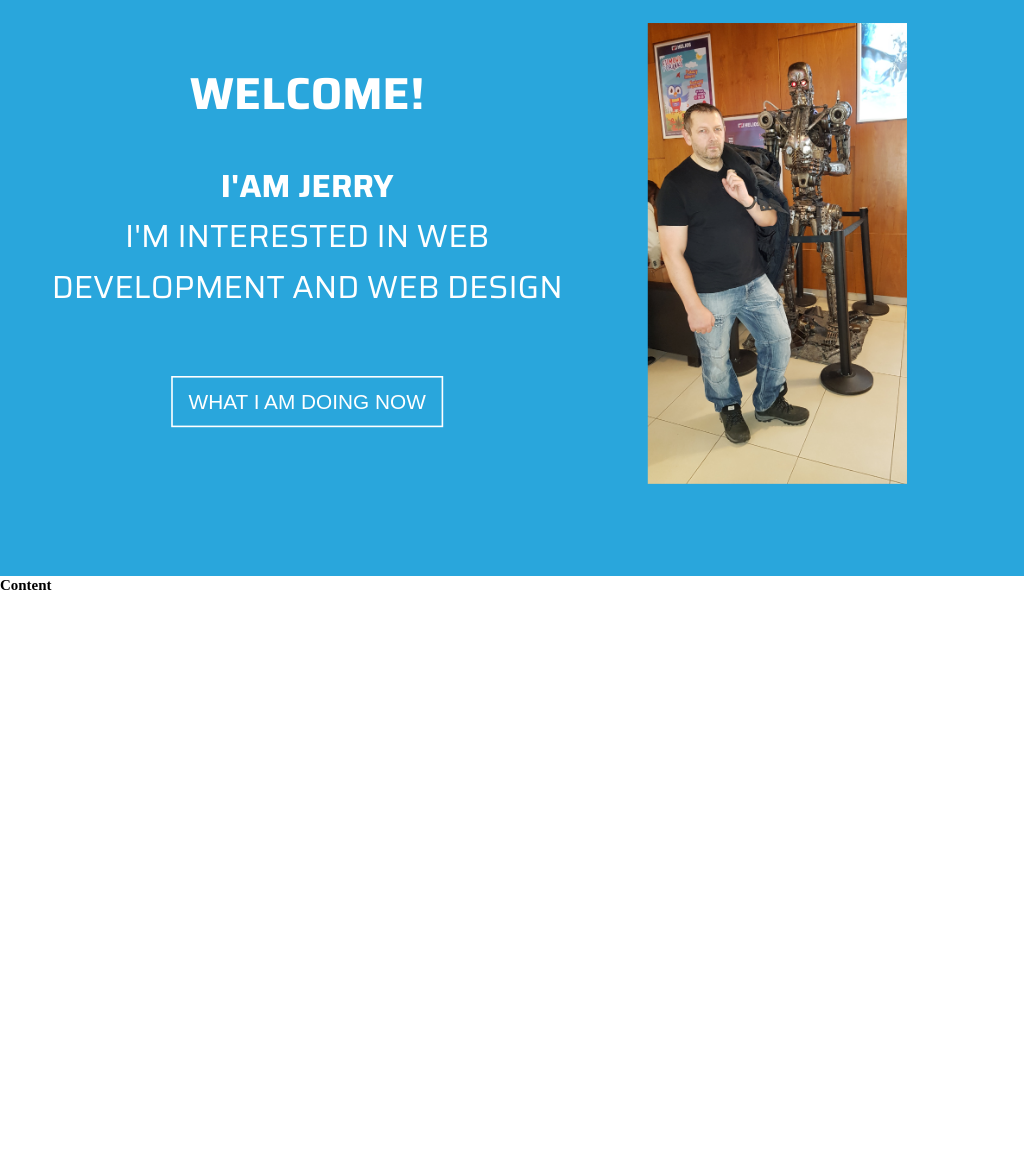
Repository: navanweb/dev
Page: jerry.html
An editor plug-in stored every save of this project. The page is shown before and after the next save, followed by the edit.
The browser window is 1280 px wide. The pictures show the whole page, at 80% of full size.

Above is the page before, as saved 2019-04-06 22:08:24.

### jerry.html
<!DOCTYPE html>
<html>

<head>
  <meta charset="UTF-8">
  <meta name="viewport" content="width=device-width, initial-scale=1.0">
  <meta http-equiv="X-UA-Compatible" content="ie=edge">
  <title>Jerry</title>
  <link href="https://fonts.googleapis.com/css?family=Saira:400,700" rel="stylesheet">
  <link rel="stylesheet" type="text/css" href="css/jerry.css">
</head>

<body>
  <header>
    <div class="welcome">
      <p>welcome!</p>
      <h1>I'am Jerry</h1>
      <h2>I'm interested in web development and web design</h2>
      <a href="#"><button>what I am doing now</button></a>
    </div>
    <img src="images/jerry.jpg" alt="Jerry photo PCWitcher">
  </header>
  <h3>Content</h3>
</body>

</html>

### css/jerry.css
/* font-family: 'Saira', sans-serif; */

* {
    margin: 0;
    padding: 0;
    box-sizing: border-box;
}

header {
    position: relative;
    background-color: #29a6dc;
    height: 100vh;
    overflow: hidden;
    /* max-width: 1920px; */
    /* margin: 0 auto; */
}

header>* {
    position: absolute;
}

header img {
    position: absolute;
    height: 50%;
    bottom: 0;
    transform: translateX(50%);
}

header div.welcome {
    top: 5%;
    left: 5%;
    right: 5%;
    text-align: center;
    font-family: 'Saira', sans-serif;
    font-weight: bold;
    font-size: 35px;
    color: white;
    text-transform: uppercase;
}


header h1 {
    font-size: 20px;
    margin-top: 15px;
}

header h2 {
    font-size: 15px;
    font-weight: 400;
}

header button {
    line-height: 32px;
    padding: 0 20px;
    text-transform: uppercase;
    color: white;
    background-color: transparent;
    font-size: 12px;
    border: 2px solid white;
}

@media (orientation:portrait) and (min-width: 360px) {
    header h1 {
        font-size: 24px;
    }

    header h2 {
        font-size: 20px;
    }

    header button {
        margin-top: 30px;
        line-height: 40px;
        font-size: 16px;
    }
}

@media (orientation:portrait) and (min-width: 410px) {
    header h1 {
        font-size: 26px;
    }

    header h2 {
        font-size: 26px;
    }

    header button {
        margin-top: 10px;
        line-height: 50px;
        font-size: 20px;
    }
}

@media (orientation:landscape) {
    header img {
        height: 80%;
        transform: translate(250%, -10%);
        /* bottom: 0; */
        /* right: 15%; */
    }

    header div.welcome {
        top: 10%;
        left: 5%;
        right: 45%;
    }
}

@media (orientation: landscape) and (min-width:640px) {
    header h1 {
        font-size: 24px;
    }

    header h2 {
        font-size: 24px;
    }

    header button {
        font-size: 16px;
        line-height: 40px;
    }
}

@media (orientation: landscape) and (min-width:1024px) {
    header p {
        font-size: 56px;
    }

    header h1 {
        margin-top: 40px;
        font-size: 40px;
    }

    header h2 {
        font-size: 40px;
    }

    header button {
        margin-top: 80px;
        font-size: 26px;
        line-height: 60px;
    }

    header img {
        transform: translate(250%, -20%);
    }
}

h3 {
    height: 100vh;
}

After the next save:
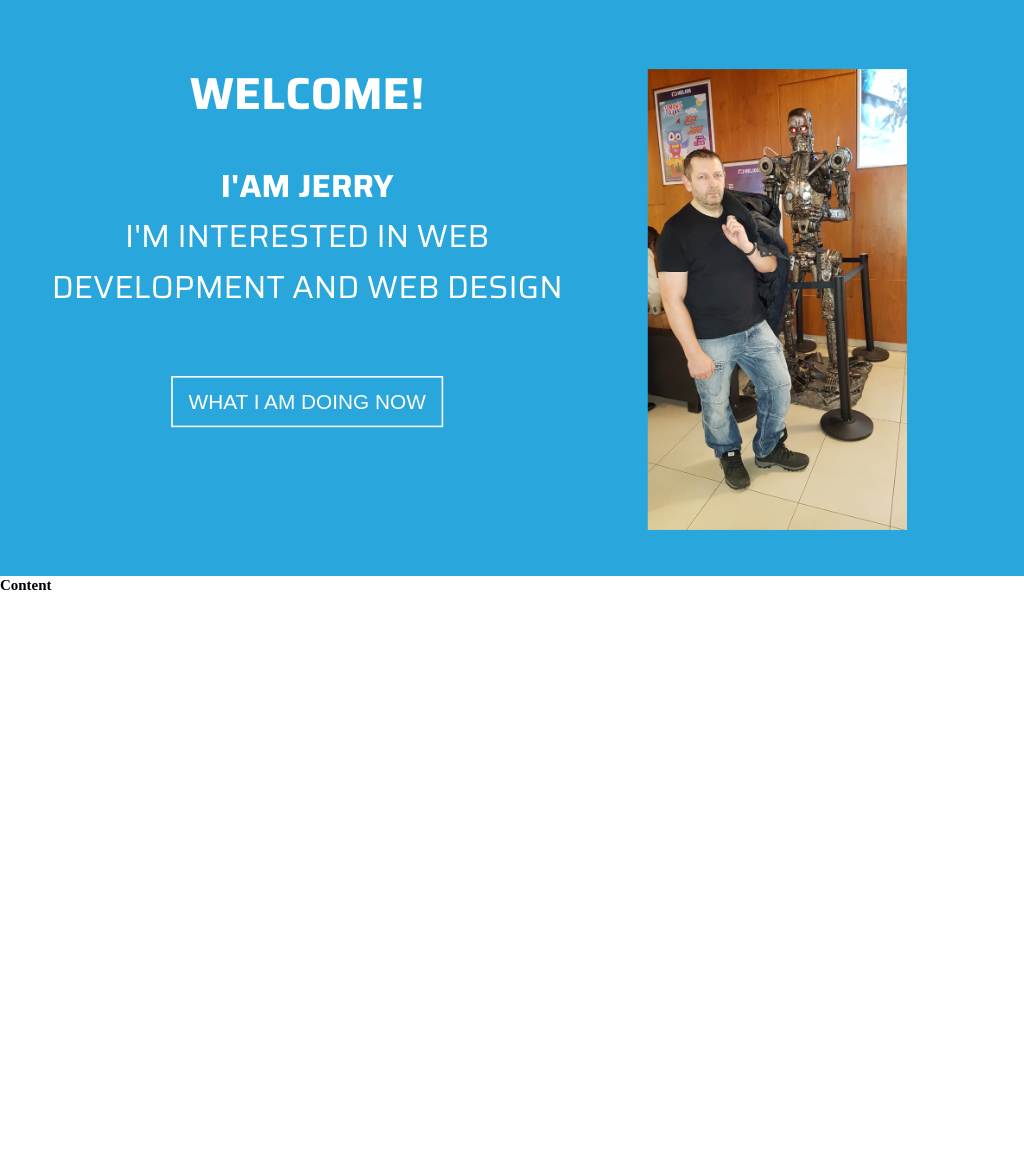
Saved 8 s later.
--- a/css/jerry.css
+++ b/css/jerry.css
@@ -142,7 +142,7 @@ header button {
     }
 
     header img {
-        transform: translate(250%, -20%);
+        transform: translate(250%, -10%);
     }
 }
 
